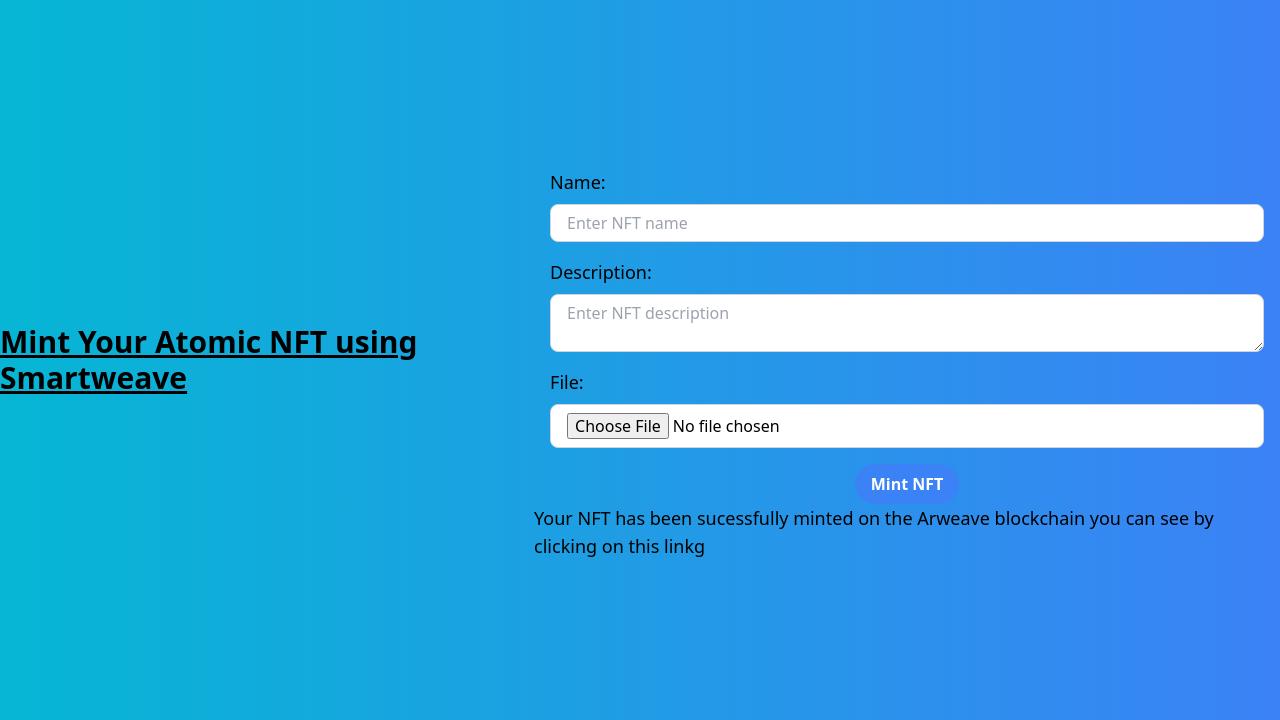
Repository: pawelpiwowarski/arweave-nft
Page: /
The author's editor kept a copy of each file at every save. The page is drawn from the files as they stood at one save, then again after the next save.
The browser window is 1280 px wide. The pictures show the whole page.
The project was rebuilt for these pictures with package versions that can differ from the ones it lists, and the page was loaded fresh each time. The framework's server and built-in components were replaced by stand-ins that run in the browser.

Above is the page before, as saved 2023-01-30 14:47:18.

After the next save:
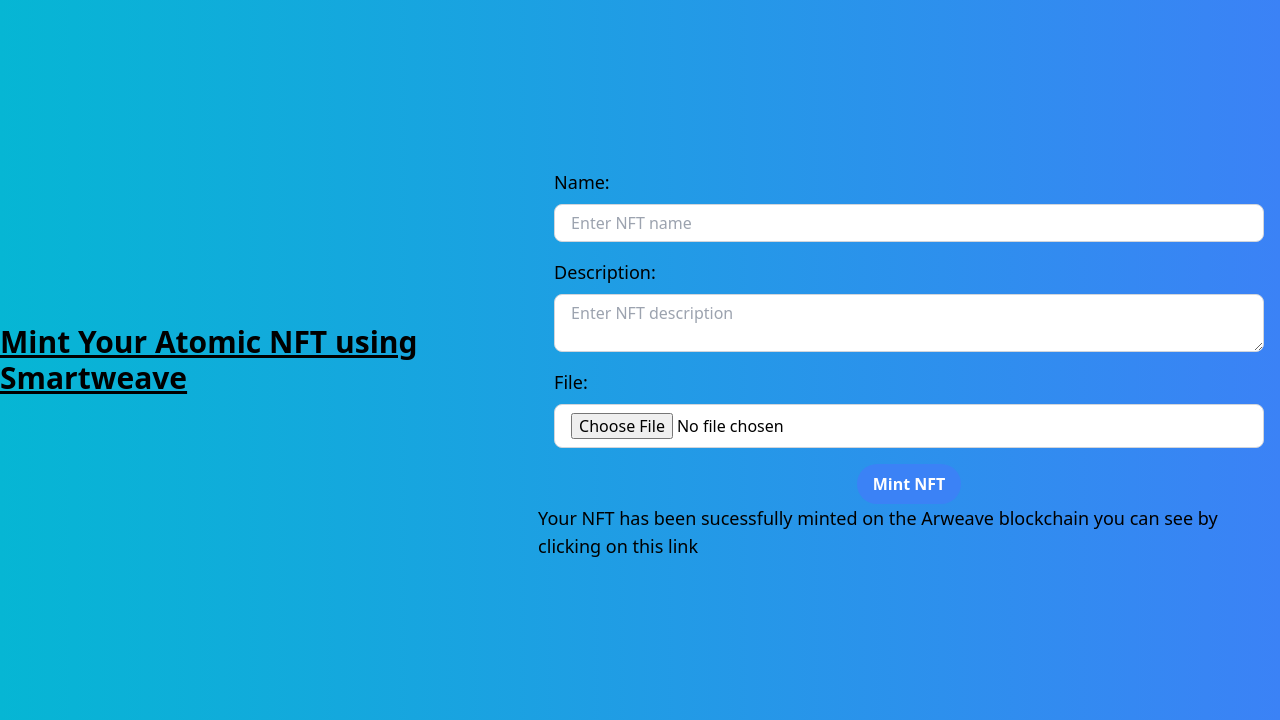
Saved 28 s later.
--- a/pages/index.tsx
+++ b/pages/index.tsx
@@ -88,7 +88,7 @@
 
 
   <div className="flex justify-center">
-    <p className="text-lg font-medium mb-2" >  Your NFT has been sucessfully minted on the Arweave blockchain you can see by clicking on this linkg <a href={respoonse}> {respoonse}</a></p>
+    <p className="text-lg font-medium mb-2" >  Your NFT has been sucessfully minted on the Arweave blockchain you can see by clicking on this link <a href={respoonse}> {respoonse}</a></p>
   </div>
 
 </form>
